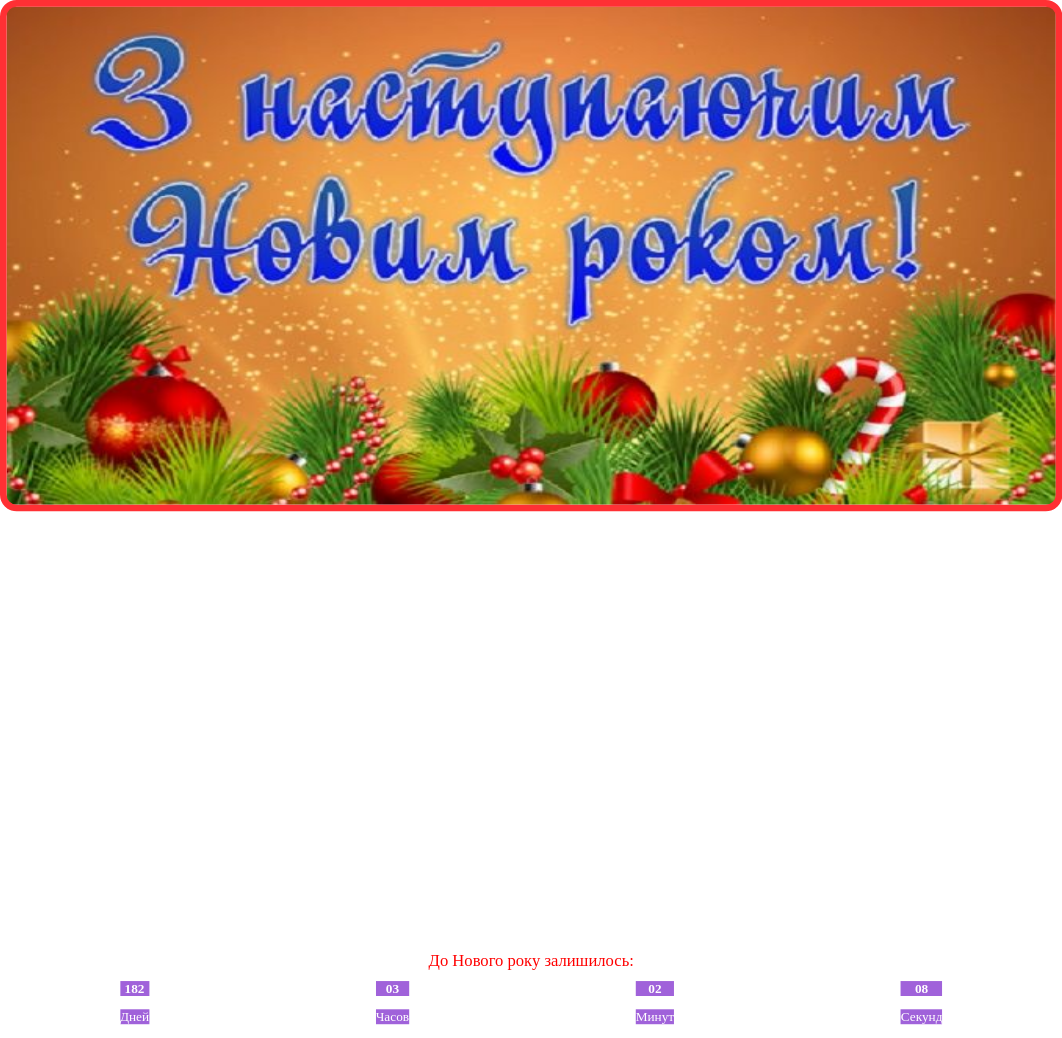
Repository: KonstantinKhamilov/JavaScript11-new-year
Page: index.html
These files come from the project's save history. The page is drawn as it stood at one moment and after the next save; the edit follows.
The browser window is 1280 px wide. The pictures show the whole page, at 83% of full size.

Above is the page before, as saved 2024-12-29 19:23:14.

After the next save:
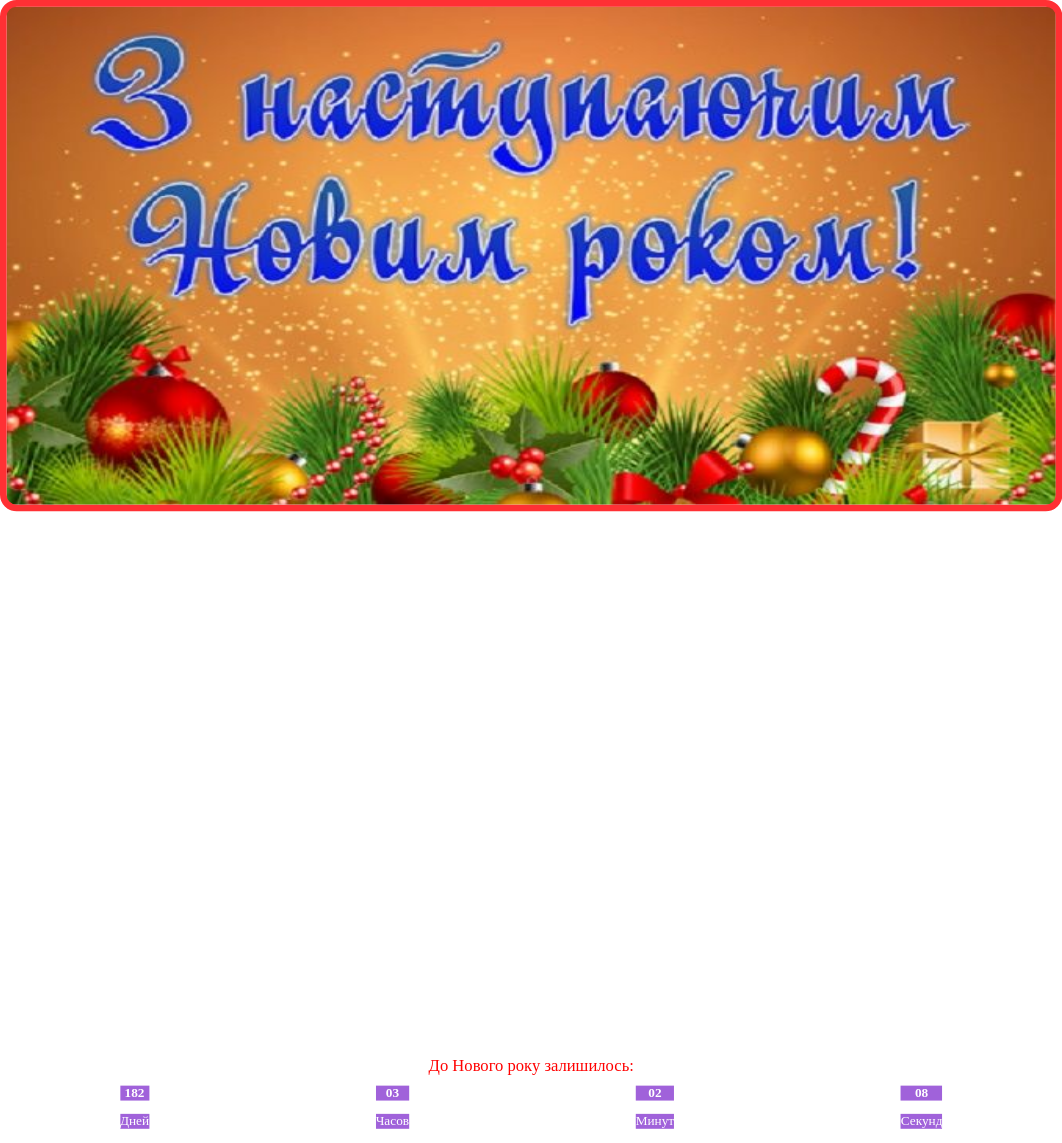
Saved 9 s later.
--- a/newYear.css
+++ b/newYear.css
@@ -26,7 +26,7 @@ body {
     display: flex;
     flex-direction: column;
     justify-content: space-between;
-    padding: 90% 0 0 0;
+    padding: 100% 0 0 0;
   }
 
   .text {
